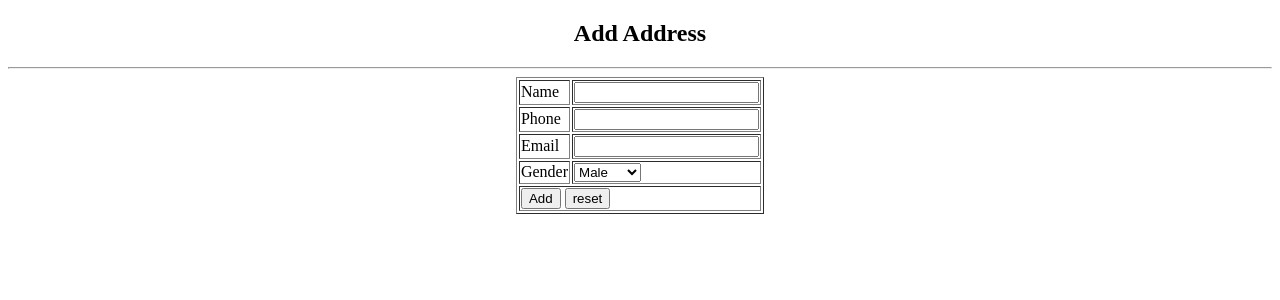
Repository: HyeonbinSa/JSPBook
Page: jspbook/WebContent/address/addr_form.html
The author's editor kept a copy of each file at every save. The page is drawn from the files as they stood at one save, then again after the next save.
The browser window is 1280 px wide. The pictures show the whole page.

Above is the page before, as saved 2020-01-03 12:41:28.

### jspbook/WebContent/address/addr_form.html
<!DOCTYPE html>
<html>
<head>
<meta charset="UTF-8">
<title>Address Book</title>
</head>
<body>
<div align="center">
<h2>Add Address</h2>
<hr>
<form name="addAddress" action="addr_add.jsp">
<table border="1">
<tr>
<td>Name</td>
<td><input type="text" name="name"></td>
</tr>
<tr>
<td>Phone</td>
<td><input type="text" name="phone"></td>
</tr>
<tr>
<td>Email</td>
<td><input type="text" name="email"></td>
</tr>
<tr>
<td>Gender</td>
<td>
<select name="gender">
<option selected>Male</option>
<option>Female</option>
</select>
</td>
</tr>
<tr>
<td colspan="2"><input type="submit" value="Add">
<input type="reset" value="reset"></td>
</tr>
</table>
</form>
</div>

</body>
</html>

After the next save:
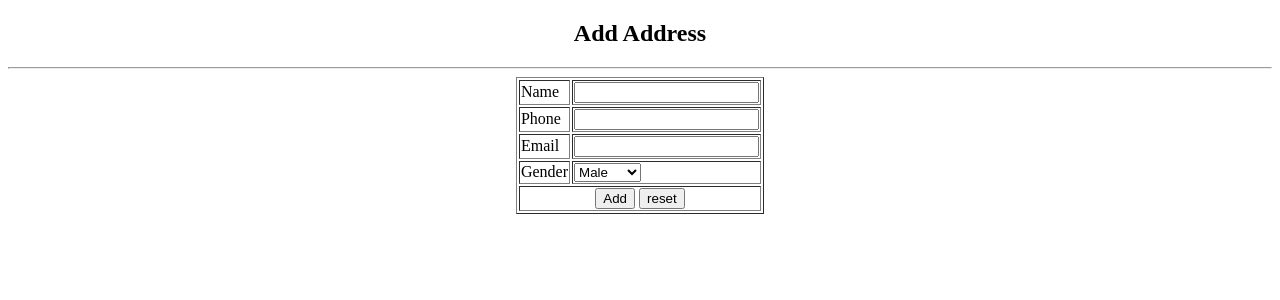
Saved 16 s later.
--- a/jspbook/WebContent/address/addr_form.html
+++ b/jspbook/WebContent/address/addr_form.html
@@ -32,7 +32,7 @@
 </td>
 </tr>
 <tr>
-<td colspan="2"><input type="submit" value="Add">
+<td colspan="2" align="center"><input type="submit" value="Add">
 <input type="reset" value="reset"></td>
 </tr>
 </table>
